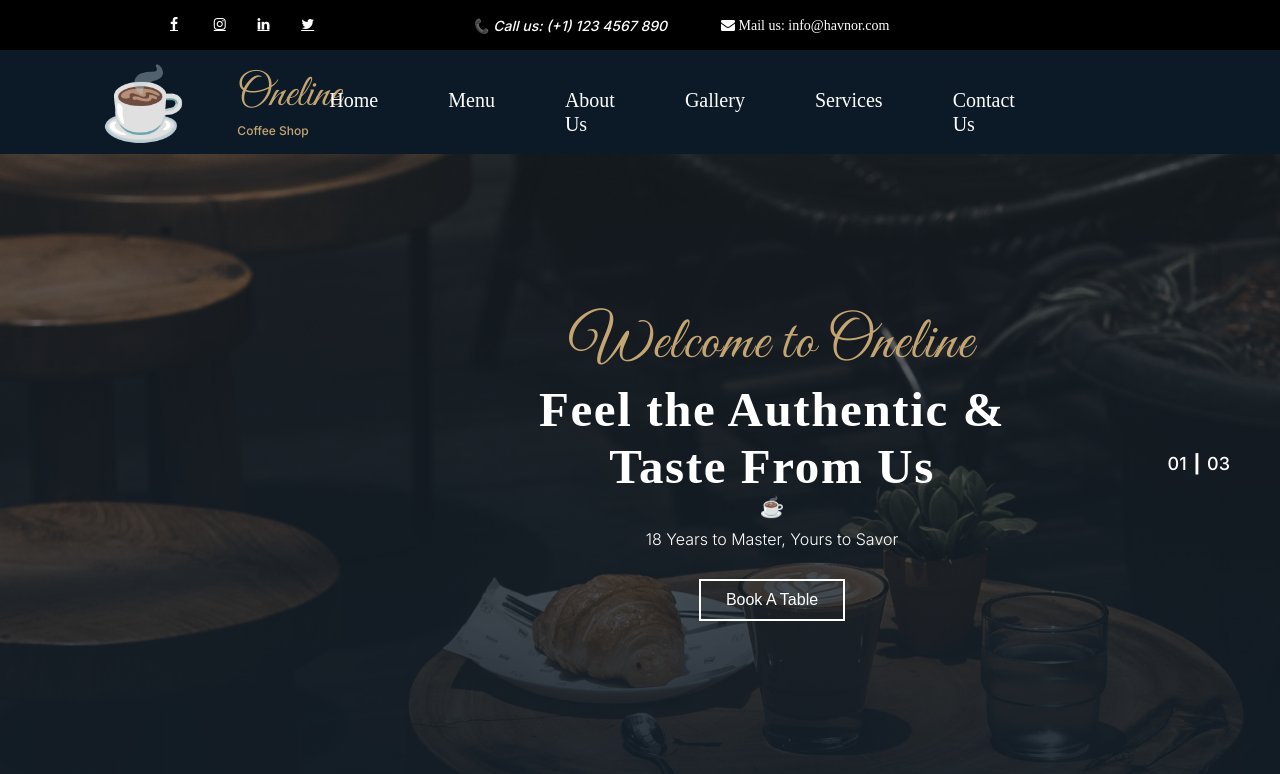
Repository: abhayzulasana/Online-Coffee-Shop
Page: index.html
These files come from the project's save history. The page is drawn as it stood at one moment and after a run of saves; the edit follows.
The browser window is 1280 px wide. The pictures show the whole page.

Above is the page before, as saved 2025-05-14 09:59:06.

### index.html
<!DOCTYPE html>
<html lang="en">
<head>
  <meta charset="UTF-8" />
  <meta name="viewport" content="width=device-width, initial-scale=1.0" />
  <title>Oneline Coffee Shop</title>
  <link rel="stylesheet" href="style.css" />
  <link rel="stylesheet" href="https://cdnjs.cloudflare.com/ajax/libs/font-awesome/4.7.0/css/font-awesome.min.css">

  <link rel="preconnect" href="https://fonts.googleapis.com" />
  <link rel="preconnect" href="https://fonts.gstatic.com" crossorigin />
  <link href="https://fonts.googleapis.com/css2?family=Great+Vibes&family=Inter:wght@300;500;700&display=swap" rel="stylesheet">
</head>
<body>
  <header class="top-bar">
    <div class="social-icons">
      <a href="#" class="fa fa-facebook"></a>
      <a href="#" class="fa fa-instagram"></a>
      <a href="#" class="fa fa-linkedin"></a>
      <a href="#" class="fa fa-twitter"></a>

    </div>
    <div class="contact-info">
      <i class="call"> 📞   Call us: (+1) 123 4567 890</i>
      <i class="fa fa-envelope">    Mail us: info@havnor.com</i>

    </div>
  </header>

  <nav class="navbar">
    <div class="logo">
      <span>☕</span>
      <span class="logo-text">Oneline <small>Coffee Shop</small></span>
    </div>
    <ul class="nav-links">
      <li>Home</li>
      <li>Menu</li>
      <li>About Us</li>
      <li>Gallery</li>
      <li>Services</li>
      <li>Contact Us</li>
    </ul>
  </nav>

  <section class="hero">
    <div class="hero-content">
<center>
      <h2>Welcome to Oneline</h2>
      <h1>Feel the Authentic & Taste From Us</h1>
      <div class="divider">☕</div>
      <p>18 Years to Master, Yours to Savor</p>
      <button>Book A Table</button>
    </div>
  </center>
    <div class="scroll-number">
      <span>01</span>
      <span>┃</span>
      <span>03</span>
    </div>
  </section>
</body>
</html>

### style.css
/* Reset & Base */
* {
    margin: 0;
    padding: 0px;
    box-sizing: border-box;
  }

  body {
    font-family: 'Inter', sans-serif;
    color: white;
    /* margin-left:90px; */
    height: 100vh;
  }

  /* Top Bar */
  .top-bar {
    top: 0px;
    width: 100%;
    height: 50px;
    background-color: #000;
    color: white;
    display: flex;
    justify-content: space-between;
    padding: 10px 30px;
    font-size: 14px;

  }

  .social-icons a {
    margin-top:7px;
    width:40px;
    height: 17px;

    /* margin-right: 10px; */
    color: white;
    /* margin-left: 0px; */
    /* gap: 10px; */
  }
  .fa-facebook{
    margin-left: 140px;
  }
  .contact-info{
      display: flex;
      gap: 40px;
      margin-right: 320px;
      font-family: 'Inter', sans-serif;

      align-items: center;

  }
  .call{
      /* gap: 70px; */
      font-family: 'Inter', sans-serif;

      /* font: normal normal medium 16px/19px Montserrat; */
      width: 209px;
  }
  .fa-envelope{
    width: 209px;
    font-family: 'Inter', sans-serif;

  }

  /* Navbar */
  .navbar {
    top: 47px;
    margin-left: 0px;
    width: 100%;
    height: 104px;
    background-color: #0c1a28;
    display: flex;
    justify-content: space-between;
    text-align: left;
    /* align-items: center; */
    padding: 15px 50px;
  }

  .logo {
    display: flex;
    align-items: center;
    font-size: 70px;
    /* color: #C5A572; */
  }

  .logo span{
    margin-left: 50px;
    color: #C5A572;
  }
  .logo-text {
    top: 81px;
    width: 92px;
    height: px;
    color: #C5A572;
    font-family: 'Great Vibes', cursive;
    margin-left: 210px;
    font-size: 45px;
  }

  .logo-text small {
    display: block;
    font-size: 12px;
    font-family: 'Inter', sans-serif;
  }

  .nav-links {
    /* margin-left: 57px; */
    margin-right: 290px;
    margin-top: 23px;
    height: 24px;
    list-style: none;
    display: flex;
    gap: 70px;
    /* text-align: left; */
    font: normal normal normal 20px/24px Montserrat;
    color: #FFFFFF;
    opacity: 1;
  }

  .nav-links li {
    cursor: pointer;
  }

  /* Hero Section */
  .hero {
    top: 151px;
    left: 0px;
    width: 100%;
    height: 500px;
    display: flex;
    justify-content: space-between;
    align-items: center;
    height: calc(100vh - 100px);
    padding: 0 50px;
    background: url('img/bgcafe.png');
  background-repeat: no-repeat;
  background-size: cover;
  background-position: center;
  }

  .hero-content {
    top: 398px;
    margin-left: 427px;
    width: 857px;
    height: 317px;
    max-width: 50%;
  }

  .hero-content h2 {
    /* text-align: left; */
    font: normal normal normal 60px/75px Great Vibes;
    letter-spacing: 1.2px;
    color: #C5A572;

  }

  .hero-content h1 {
    font: normal normal normal ;
    font-family:Bellefair;
    font-size: 49px;
    letter-spacing: 1.6px;

    /* margin-bottom: 20px; */
  }

  .divider {
    font-size: 20px;
    color: #d4af37;
    margin-bottom: 10px;
  }

  .hero-content p {
    margin-bottom: 30px;
    font-weight: 300;
  }

  .hero-content button {
    padding: 10px 25px;
    font-size: 16px;
    background-color: transparent;
    border: 2px solid white;
    color: white;
    cursor: pointer;
    transition: 0.3s;
  }

  .hero-content button:hover {
    background-color: white;
    color: #000;
  }

  .scroll-number {
    text-align: center;
    font-size: 18px;
    line-height: 1.8;
  }

After the next 3 saves:
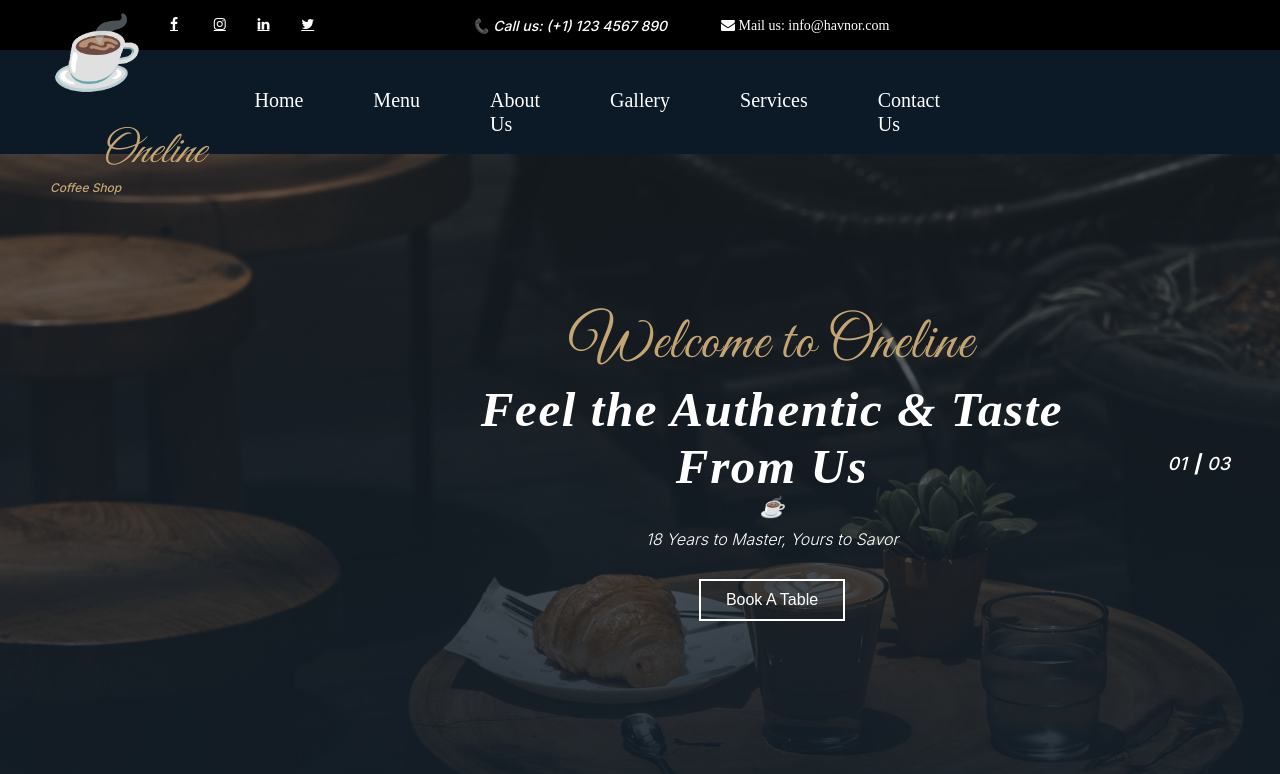
The 3 saves are shown as one change because they came seconds apart.
The last was saved 20 s later.
--- a/index.html
+++ b/index.html
@@ -29,6 +29,7 @@
 
   <nav class="navbar">
     <div class="logo">
+      <i
       <span>☕</span>
       <span class="logo-text">Oneline <small>Coffee Shop</small></span>
     </div>

After the save that followed:
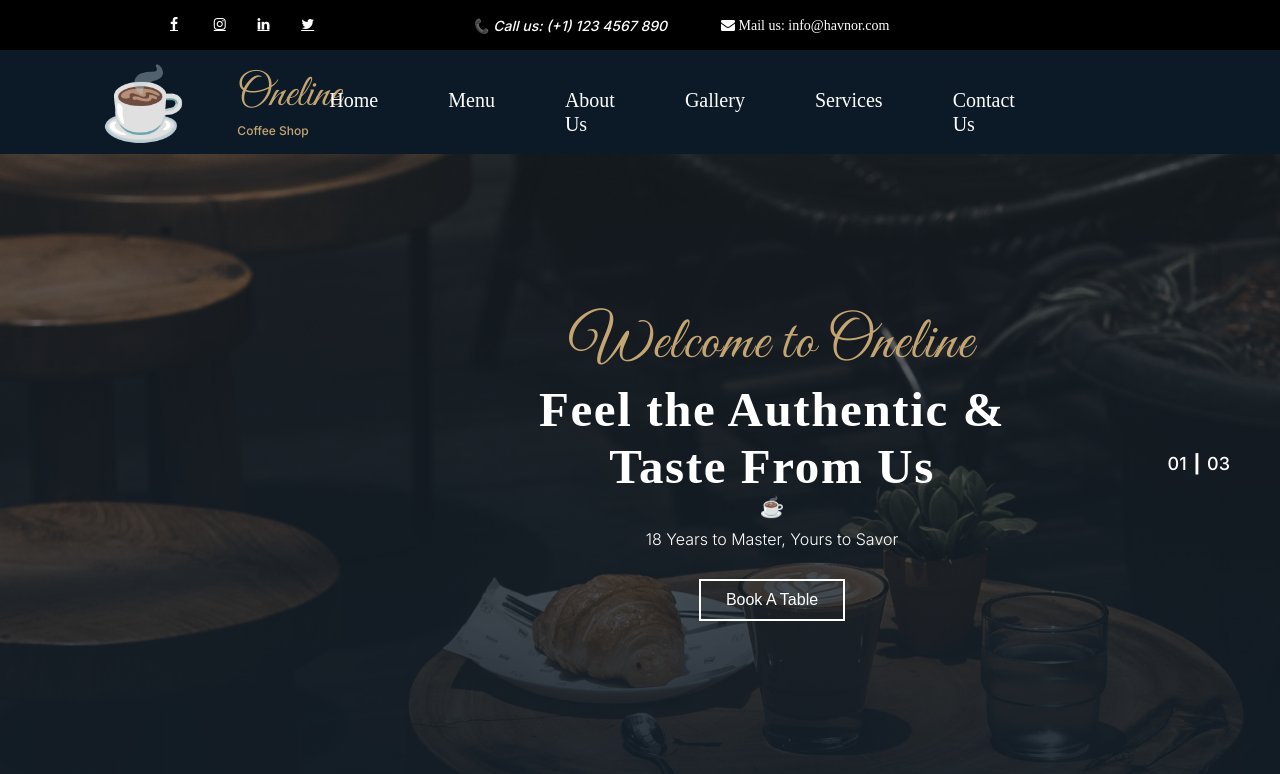
Saved 4 s later.
--- a/index.html
+++ b/index.html
@@ -29,7 +29,7 @@
 
   <nav class="navbar">
     <div class="logo">
-      <i
+      <img>
       <span>☕</span>
       <span class="logo-text">Oneline <small>Coffee Shop</small></span>
     </div>
